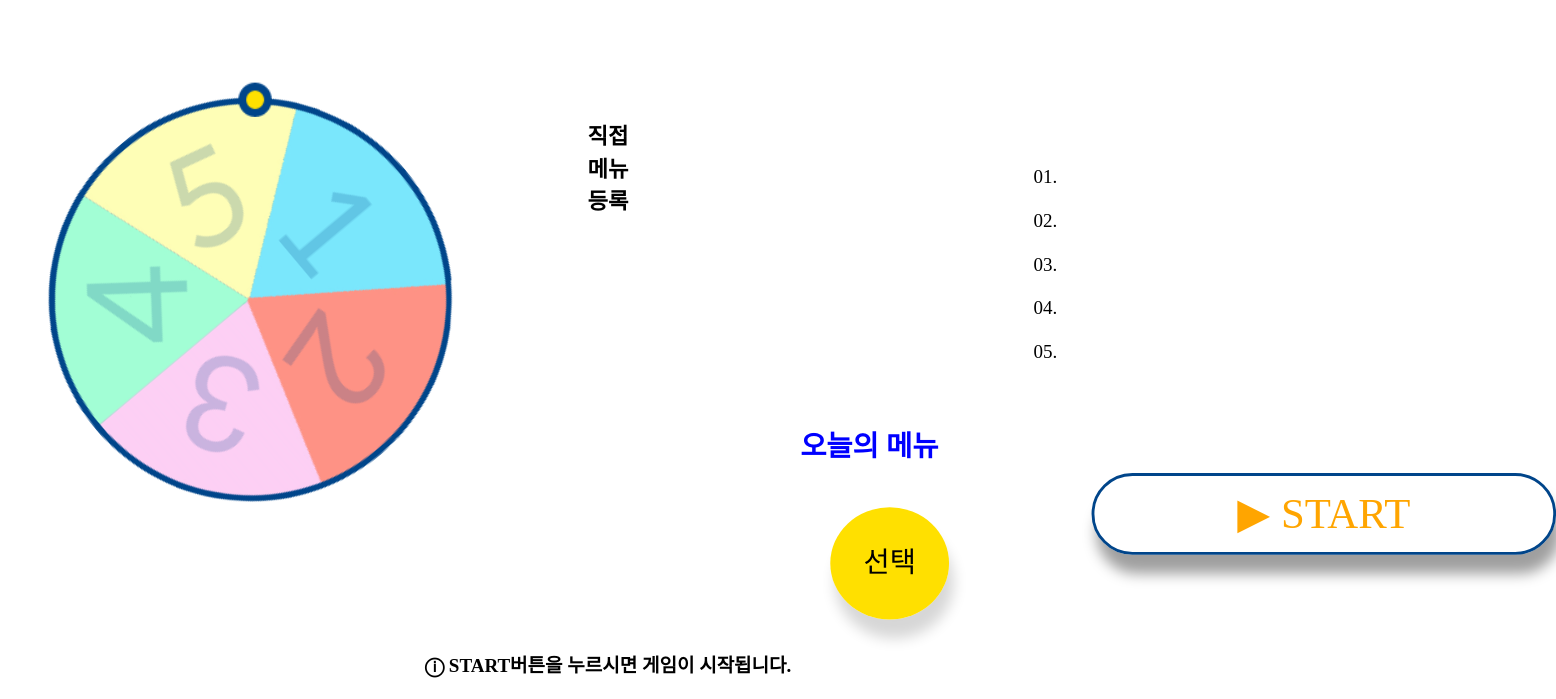
Repository: hkh00700/JustDoEat_Web
Page: http://localhost/justdoeat/WEB-INF/views/game/roulette.jsp
These files come from the project's save history. The page is drawn as it stood at one moment and after the next save; the edit follows.
The browser window is 1280 px wide. The page is 1638 px wide, so the pictures cover 1638 px, including what lies to the right of the window. The pictures show the whole page, at 95% of full size.
The page is served by Tomcat 9. Nobody is signed in. The template is opened directly, without the code that normally fills it, so the values that code supplies are empty.

Above is the page before, as saved 2021-05-19 00:58:00.
Console error: TypeError: Cannot read properties of null (reading 'addEventListener')

After the next save:
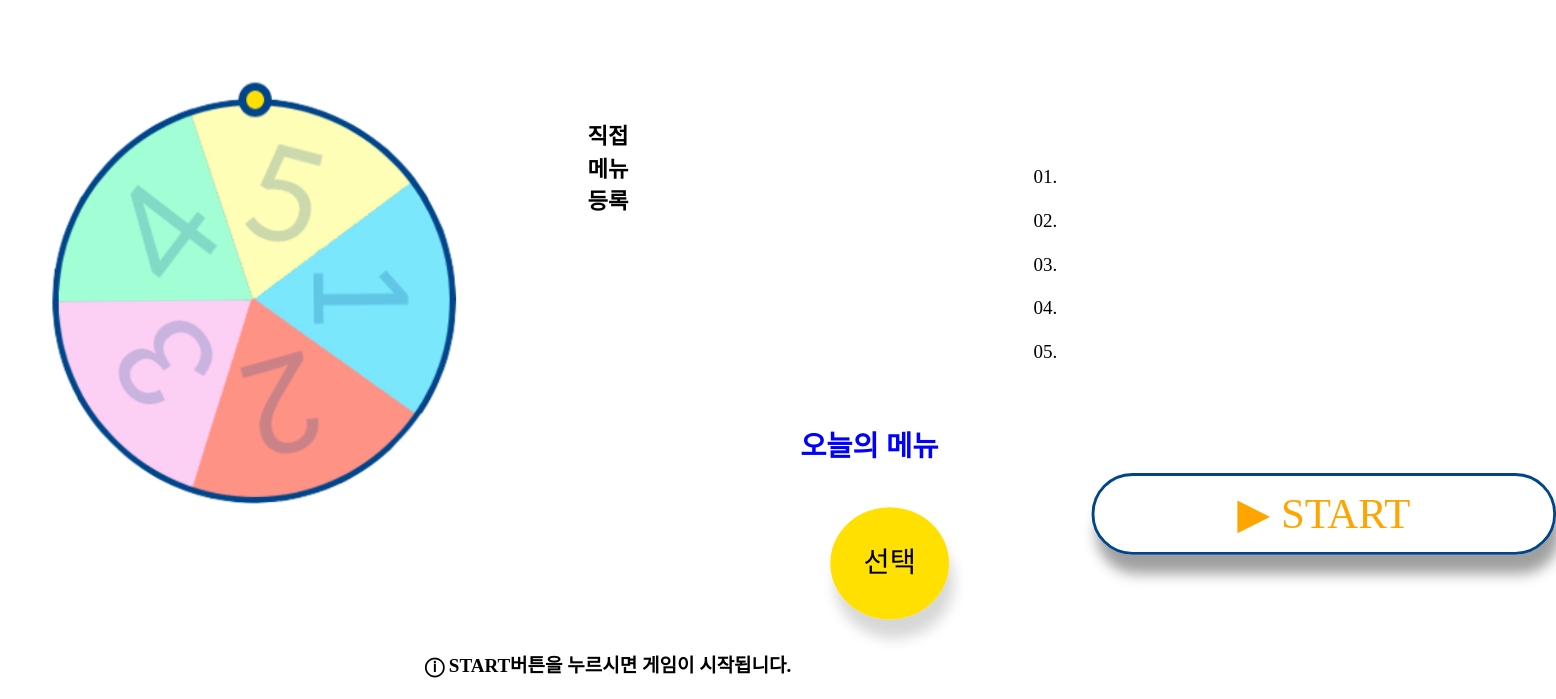
Saved 61 s later.
--- a/justdoeat/src/main/webapp/WEB-INF/views/game/roulette.jsp
+++ b/justdoeat/src/main/webapp/WEB-INF/views/game/roulette.jsp
@@ -123,7 +123,7 @@
 }
 .roulette{
 	 transform: rotate(50deg);
-	 transform-delay:10s;
+	 animation: rotation 7s ease-in-out forwards;
 }
 
 </style>
